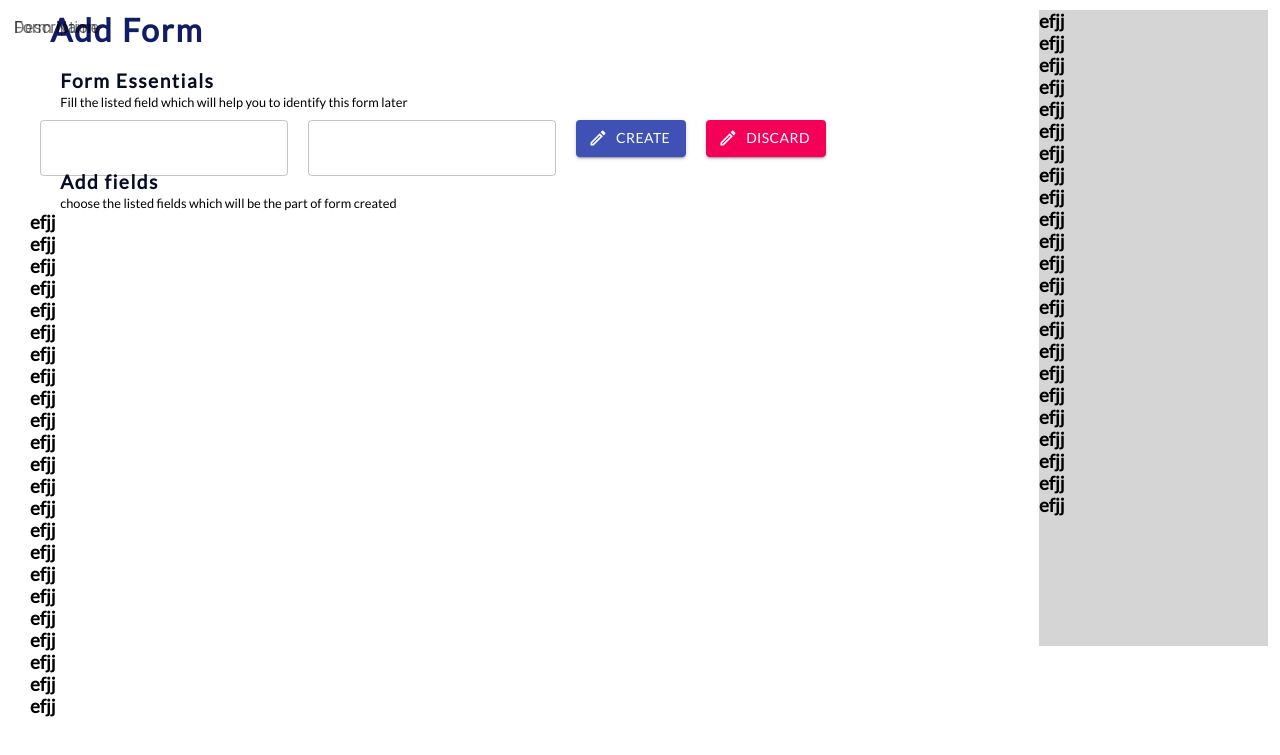
Repository: Architjain128/df
Page: /add
The author's editor kept a copy of each file at every save. The page is drawn from the files as they stood at one save, then again after a run of saves.
The browser window is 1280 px wide. The pictures show the whole page.
The project was rebuilt for these pictures with package versions that can differ from the ones it lists, and the page was loaded fresh each time. Also part of the build but not shown: src/App.css, src/dftable.js, src/dataForm.js.

Above is the page before, as saved 2021-06-25 16:10:00.

### src/addDataForm.js
import React , {Component} from 'react';
import './dataForm.css';
import { Button,TextField } from '@material-ui/core';
import CreateOutlinedIcon from '@material-ui/icons/CreateOutlined';

class AddDataForm extends Component{
    render(){
        return (
            <>
                <div className="dataform">
                    <div className='df-create-section'>
                        <div className='df-form-gen'>
                            <div className="df-title">Add Form</div>
                            <div className="df-subtitle">Form Essentials</div>
                            <div className="df-description" >Fill the listed field which will help you to identify this form later</div>
                            <div className="df-form-ess" class="flex-container">
                                <TextField id="outlined-basic" class="flex-item" label="Form Name" variant="outlined" /><br/>
                                <TextField id="outlined-basic-large" class="flex-item" label="Description" variant="outlined"/>
                                <div className="df-create2" class="flex-item"><Button variant="contained" color="primary" startIcon={<CreateOutlinedIcon />}> Create </Button></div>
                                <div className="df-create2" class="flex-item"><Button variant="contained" href='/' color="secondary" startIcon={<CreateOutlinedIcon />}> Discard </Button></div>
                            </div>
                            <div className="df-subtitle">Add fields</div>
                            <div className="df-description" >choose the listed fields which will be the part of form created</div>
                            <div className="df-create-section">
                                <div className="df-dnd">
                                <h3>efjj</h3>
                                <h3>efjj</h3>
                                <h3>efjj</h3>
                                <h3>efjj</h3>
                                <h3>efjj</h3>
                                <h3>efjj</h3>
                                <h3>efjj</h3>
                                <h3>efjj</h3>
                                <h3>efjj</h3>
                                <h3>efjj</h3>
                                <h3>efjj</h3>
                                <h3>efjj</h3>
                                <h3>efjj</h3>
                                <h3>efjj</h3>
                                <h3>efjj</h3>
                                <h3>efjj</h3>
                                <h3>efjj</h3>
                                <h3>efjj</h3>
                                <h3>efjj</h3>
                                <h3>efjj</h3>
                                <h3>efjj</h3>
                                <h3>efjj</h3>
                                <h3>efjj</h3>

                                </div>
                            </div>
                        </div>
                        <div className="df-form-pre-con">
                            <div className='df-form-pre'>
                                <h3>efjj</h3>
                                <h3>efjj</h3>
                                <h3>efjj</h3>
                                <h3>efjj</h3>
                                <h3>efjj</h3>
                                <h3>efjj</h3>
                                <h3>efjj</h3>
                                <h3>efjj</h3>
                                <h3>efjj</h3>
                                <h3>efjj</h3>
                                <h3>efjj</h3>
                                <h3>efjj</h3>
                                <h3>efjj</h3>
                                <h3>efjj</h3>
                                <h3>efjj</h3>
                                <h3>efjj</h3>
                                <h3>efjj</h3>
                                <h3>efjj</h3>
                                <h3>efjj</h3>
                                <h3>efjj</h3>
                                <h3>efjj</h3>
                                <h3>efjj</h3>
                                <h3>efjj</h3>
                            </div>
                        </div>
                    </div>
                    <div className="df-end" ></div>
                    <div className="df-footer" ></div>

                </div>
            </>
            );
        }
}

export default AddDataForm;

### src/dataForm.css
@import url('https://fonts.googleapis.com/css2?family=Lato&display=swap');

* {
  box-sizing: border-box;
  margin: 0;
  padding: 0;
  font-family: 'Lato', sans-serif;
}

.dataform {
  padding-left: clamp(10px,30px,5%);
  padding-top: clamp(5px,10px,3%);
  display:block;
  /* height: 90vh; */
  /* align-items: center; */
  justify-content: left;
}
.df-title{
  letter-spacing: 2px;
  font-size: clamp(1.8rem, 2.5vw, 2.8rem);
  color:#101d66;
  font-weight: bolder;
  padding-left:2%;
  padding-right:10%;
  margin-bottom: 2%;
}
.df-subtitle{
    letter-spacing: 1.5px;
    font-size: clamp(1.2rem, 1.5vw, 2rem);
    color:#060b26;
    font-weight: bold;
    padding-left:3%;
    padding-right:10%;
    margin-bottom: 0.2%;
}
.df-description{
    font-size: clamp(0.8rem, 1vw, 1.2rem);
    color:#000000;
    padding-left:3%;
    padding-right:10%;
}
.df-table{
    padding-top:3%;
    padding-bottom:3%;
    padding-left:3%;
    padding-right:10%;
    height: 460px;
}
.df-create-section{
  display: flex;
}
.df-create-section .df-subdes{
  flex-grow: 10;
}
.df-create-section .df-create{
  flex-grow: 0;
}
.df-create-section .df-form-gen{
  flex-grow: 1;
}
.df-create-section .df-form-pre-con{
  flex-grow: 1;
  margin-right: 1%;
}
.df-form-pre{
  background-color: rgb(213, 213, 213);
  height: 90%;
  width: 100%;
}
.df-create{
  /* margin-left: 10%; */
  /* padding: auto; */
  align-items: right;
  justify-content: flex-start;
  display: flex;
  padding-left:3%;
  padding-right:10%;
}
.df-create2{
  /* margin-left: 10%; */
  /* padding: auto; */
  align-items: right;
  justify-content: flex-start;
  display: flex;
  gap: 5px;
}
.df-end{
  padding-top: 3%;
  padding-left: 3%;
}
.df-footer{
  position:absolute;
  padding-left: 3%;
  bottom: 0;
}
.df-form-ess{
  padding: 3%;
  display: flex;
  justify-content: space-around;
}
.df-form-ess TextField{
  flex-grow: 5;
}
.df-form-ess Button{
  flex-grow: 1;
}
#outlined-basic{
  font-size: medium;
  width: 100%;
}
#outlined-basic-large{
  font-size: medium;
  width: 100%;
}
.flex-container {
  padding: 0;
  margin: 0;
  list-style: none;
  display: flex;
  justify-content: flex-start;
}
.flex-item {
  padding: 5px;
  /* width: 60px; */
  height: 50px;
  margin: 5px;
  /* line-height: 50px; */
  /* color: white; */
  /* font-weight: bold; */
  /* font-size: 2em; */
  /* text-align: center; */
}

Loaded but not shown: public/index.html (common file); src/index.js (common file); src/index.css (common file); src/App.js (common file); src/reportWebVitals.js (common file)

After the next 3 saves:
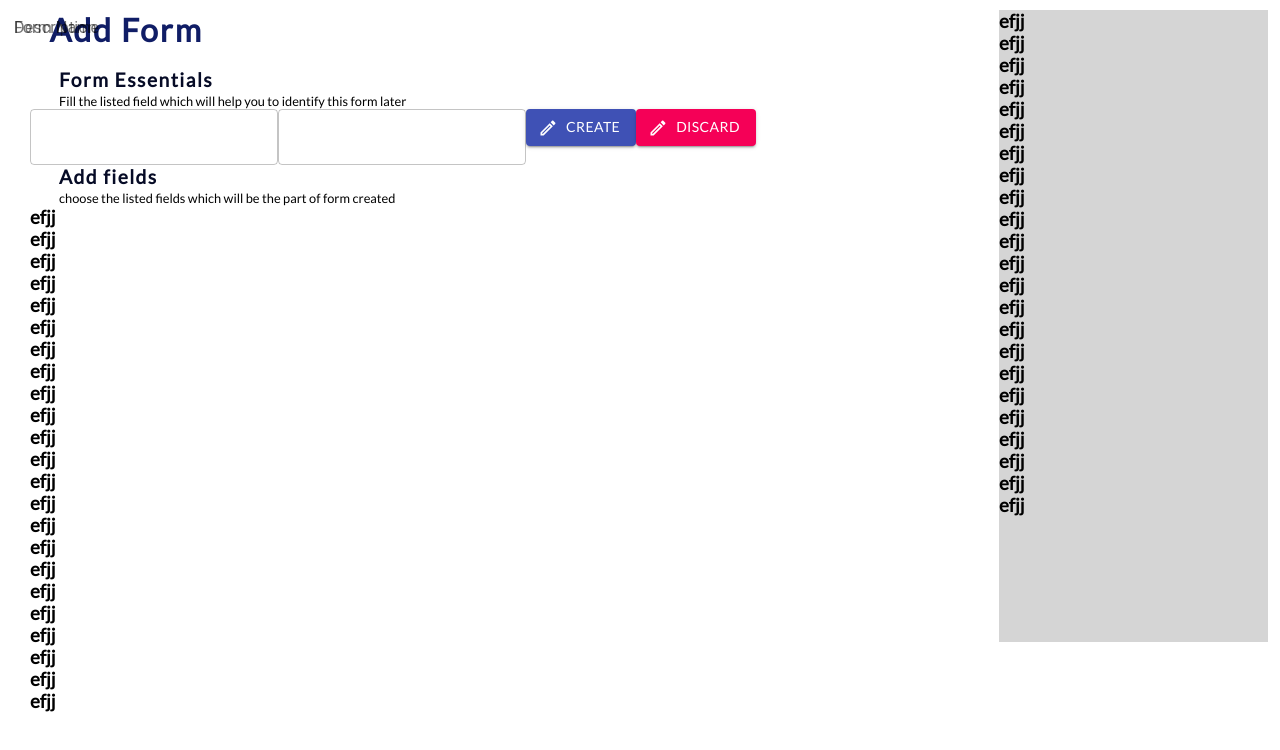
The 3 saves are shown as one change because they came seconds apart.
The last was saved 8 s later.
--- a/src/dataForm.css
+++ b/src/dataForm.css
@@ -120,10 +120,10 @@
   justify-content: flex-start;
 }
 .flex-item {
-  padding: 5px;
+  /* padding: 5px; */
   /* width: 60px; */
-  height: 50px;
-  margin: 5px;
+  /* height: 50px; */
+  /* margin: 5px; */
   /* line-height: 50px; */
   /* color: white; */
   /* font-weight: bold; */
